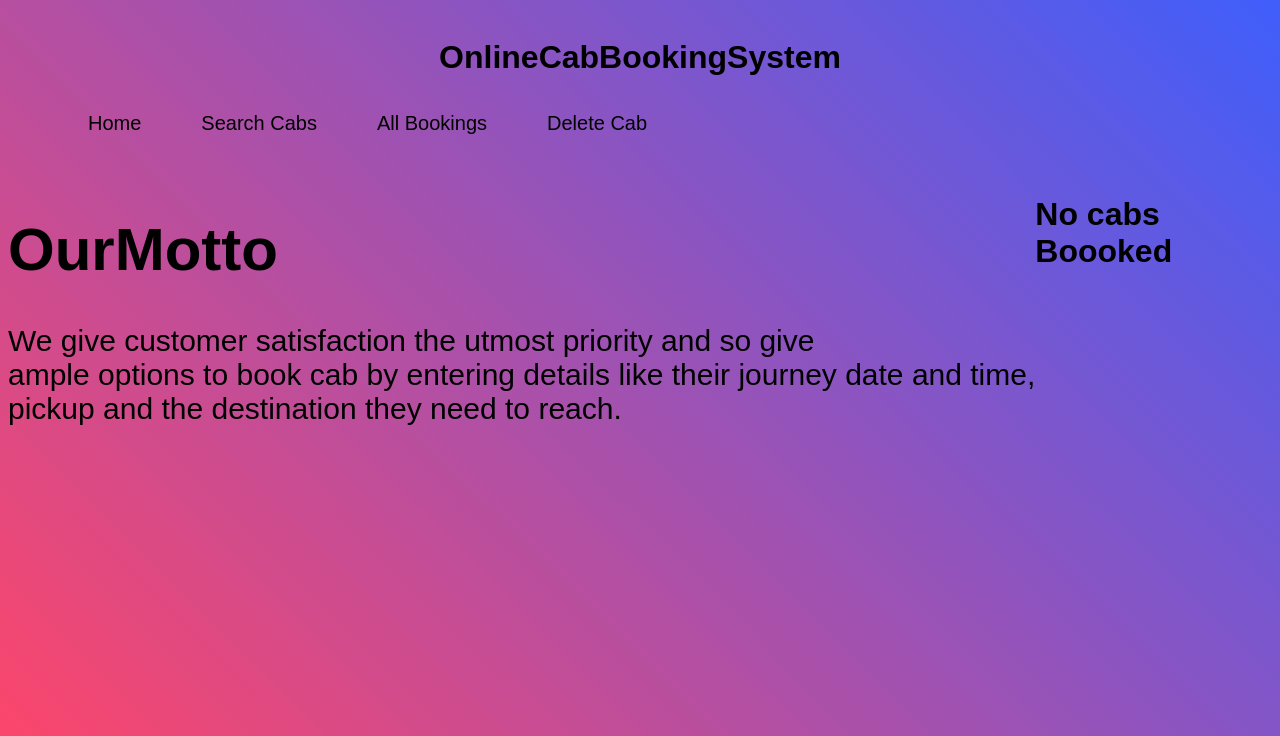
Repository: venkateshpillala/OnlineCabBookingSystem
Page: http://localhost/BookCab/AllBookings.jsp
An editor plug-in stored every save of this project. The page is shown before and after the next save, followed by the edit.
The browser window is 1280 px wide. The pictures show the whole page.
The page is served by Tomcat 9. Other server files are loaded and not shown. The template is opened directly, without the code that normally fills it, so the values that code supplies are empty.

Above is the page before, as saved 2024-06-07 16:57:57.

### BookCab/src/main/webapp/AllBookings.jsp
<%@ page language="java" contentType="text/html; charset=ISO-8859-1"
    pageEncoding="ISO-8859-1" isELIgnored = "false"%>
<%@ taglib uri="http://java.sun.com/jsp/jstl/core" prefix = "c" %>

<!DOCTYPE html>
<html>
<head>
<meta charset="ISO-8859-1">
<title>OnlineCabBooking</title>
</head>
<style>
	body{

		background : linear-gradient(45deg,#FC466B,#3F5EFB);
		height : 100vh;
		font-family : "Montserrat", sans-serif;
	}
	form {
		font-family : "Montserrat", sans-serif;
		background : rgba(255,255,255,0.3);
		padding : 5em;
		height : 320px;
		border-radius : 20px;
		border-left : 1px solid rgba(255,255,255,0.3);
		border-top : 10px solid rgba(255,255,255,0.3);
		background-filter : blur(10px);
		box-shadow : 20px 20px 40px -6px rgba(0, 0, 0, 0.2);
		text-align : center;
		position : relative;
		transition : all 0.2 ease-in-out;
		margin-right : 100px;
	}
	input {
		border-radius : 20px;
		box-shadow : 20px 20px 40px -6px rgba(0, 0, 0, 0.2);
		padding  : 10px 50px;
		margin-top : 20px;
		background-filter : blur(10px);
	}
	.but{
		padding-left : 0px;
	}
	.alignment{
		text-align : center;
		border-radius : 10px;
		padding: 10px;
	}
	ul {
  		list-style-type: none;
  		overflow: hidden;
	}

	li {
  		float: left;
	}

	li a {
  		display: block;
  		color : black;
  		text-align: center;
  		padding: 14px 30px;
  		text-decoration: none;
  		font-size : 20px;
	}

	li a:hover:not(.active) {
  		background-color: #111;
  		border-radius : 10px;
  		color : white;
	}
	.h{
		padding : 100px;
	}
	.left{
		float : left;
		font-size : 30px;
	}
	.right{
		float : right;
	}
	.para{
		padding-left : 120px;
		font-family : "Montserrat", sans-serif;
		font-size : 20px;
	}
	.over:hover:not(.active) {
  		background-color: #111;
  		border-radius : 10px;
  		color : white;
	}
</style>
<body>
<div class = "alignment">
	<h1 >OnlineCabBookingSystem</h1>
	<ul>
		<li><a href = "./Home.html">Home</a></li>
		<li><a href = "./SearchCab.html">Search Cabs</a></li>
		<li><a href = "./allbookings">All Bookings</a></li>
		<li><a href = "./deleteCab.html">Delete Cab</a></li>
	</ul>
</div>

<div >

	<div class = "left">
		<h1>OurMotto</h1>
		<p>We give customer satisfaction the utmost priority and so give<br> ample options
		to book cab by entering details like their journey date and time, <br>pickup and
		the destination they need to reach.
		</p>
	</div>
	<div class = "right">

	</div>
</div>

<div>
	<c:choose>


		<c:when test="${bookedCabs ne null || !empty bookedCabs }">
	<table border = '1'>
	<tr>
	<th>User Name</th>
	<th>User Email</th>
	<th>User DOB</th>
	<th>User Gender</th>
	<th>User Address</th>
	<th>User Number</th>
	<th>Car Number</th>
	<th>Driver Name</th>
	<th>Car Colour</th>
	<th>From Address</th>
	<th>To Address</th>
	<th>Car Type</th>
	<th>Driver Number</th>
	<th>Booking Date</th>
	<th>Booking Time</th>
	<th>Canceled</th>
	</tr>
		<c:forEach var = "cab" items = "${bookedCabs }">
			<tr>
				<td>${cab.userName}</td>
				<td>${cab.email }</td>
				<td>${cab.DOB }</td>
				<td>${cab.gender }</td>
				<td>${cab.address }</td>
				<td>${cab.userNumber }</td>
				<td>${cab.carNumber}</td>
				<td>${cab.driverName}</td>
				<td>${cab.carColour}</td>
				<td>${cab.fromAddress}</td>
				<td>${cab.toAddress}</td>
				<td>${cab.carType }</td>
				<td>${cab.driverNumber }</td>
				<td>${cab.date }</td>
				<td>${cab.time}</td>
				<td>${cab.cancel }</td>
			</tr>
		</c:forEach>
		</table>
		</c:when>
		<c:otherwise>
		<h1>No cabs Boooked</h1>
		</c:otherwise>
	</c:choose>

</div>
</body>
</html>

After the next save:
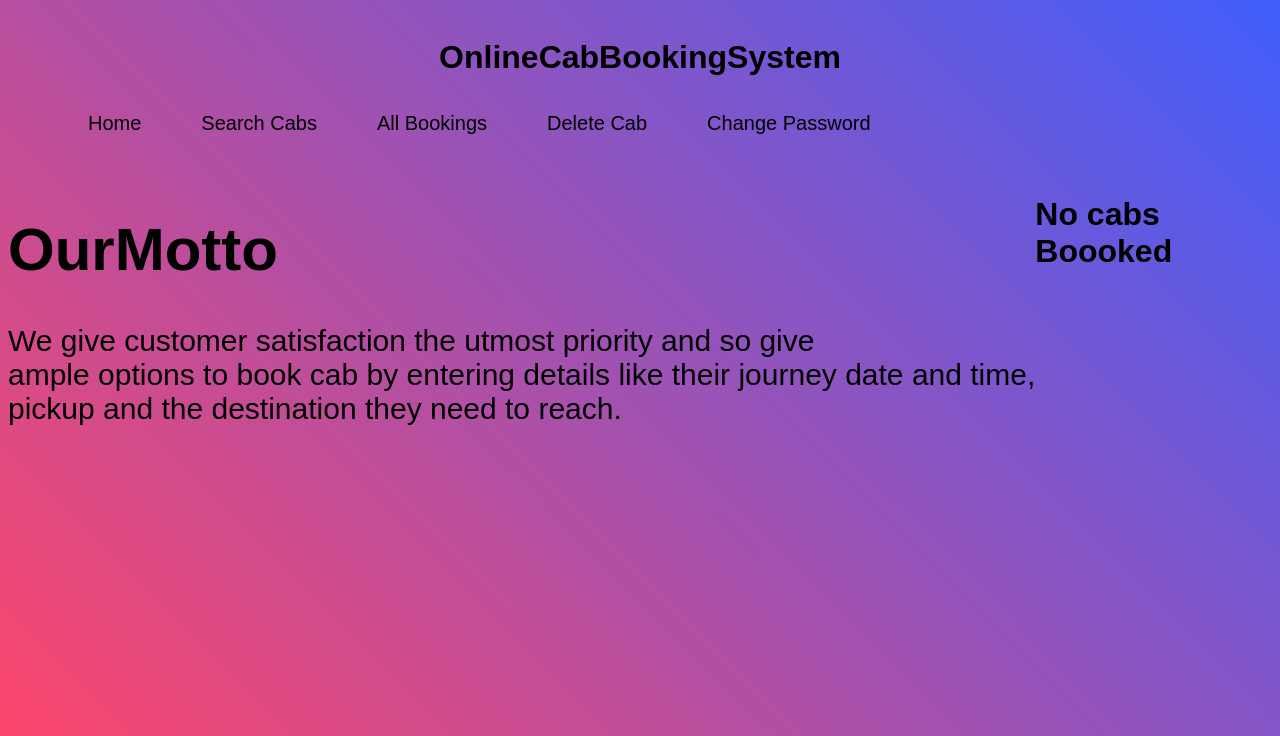
Saved 49 s later.
--- a/BookCab/src/main/webapp/AllBookings.jsp
+++ b/BookCab/src/main/webapp/AllBookings.jsp
@@ -97,6 +97,7 @@
 		<li><a href = "./SearchCab.html">Search Cabs</a></li>
 		<li><a href = "./allbookings">All Bookings</a></li>
 		<li><a href = "./deleteCab.html">Delete Cab</a></li>
+		<li><a href = "./changePassword.html">Change Password</a></li>
 	</ul>
 </div>
 
